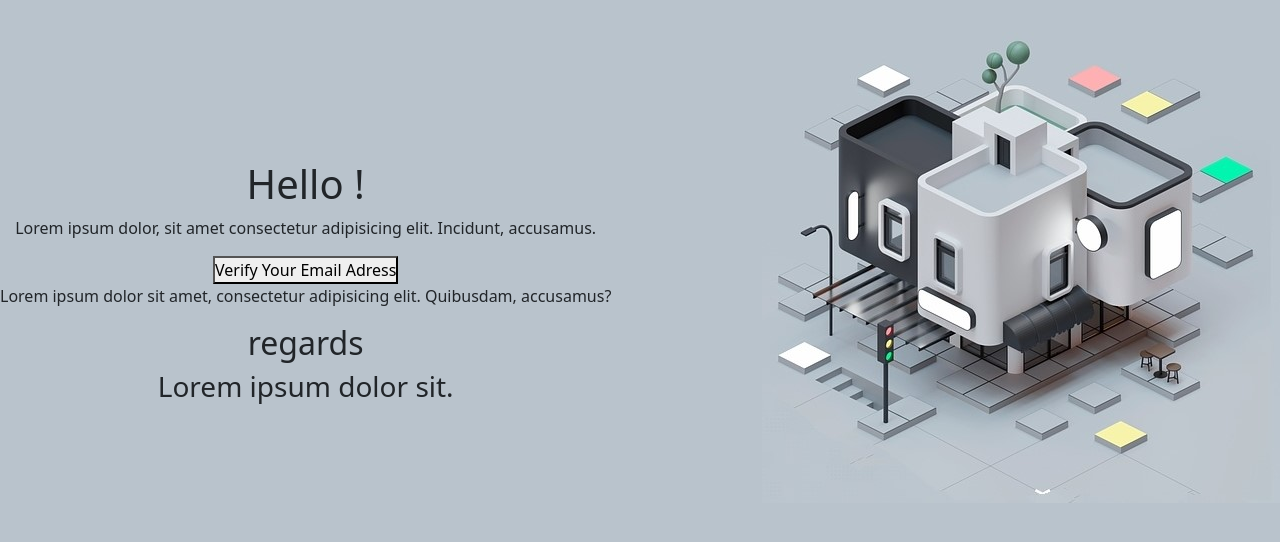
Repository: Aayush919/taskui
Page: index.html
An editor plug-in stored every save of this project. The page is shown before and after the next save, followed by the edit.
The browser window is 1280 px wide. The pictures show the whole page.

Above is the page before, as saved 2024-01-12 12:40:41.

After the next save:
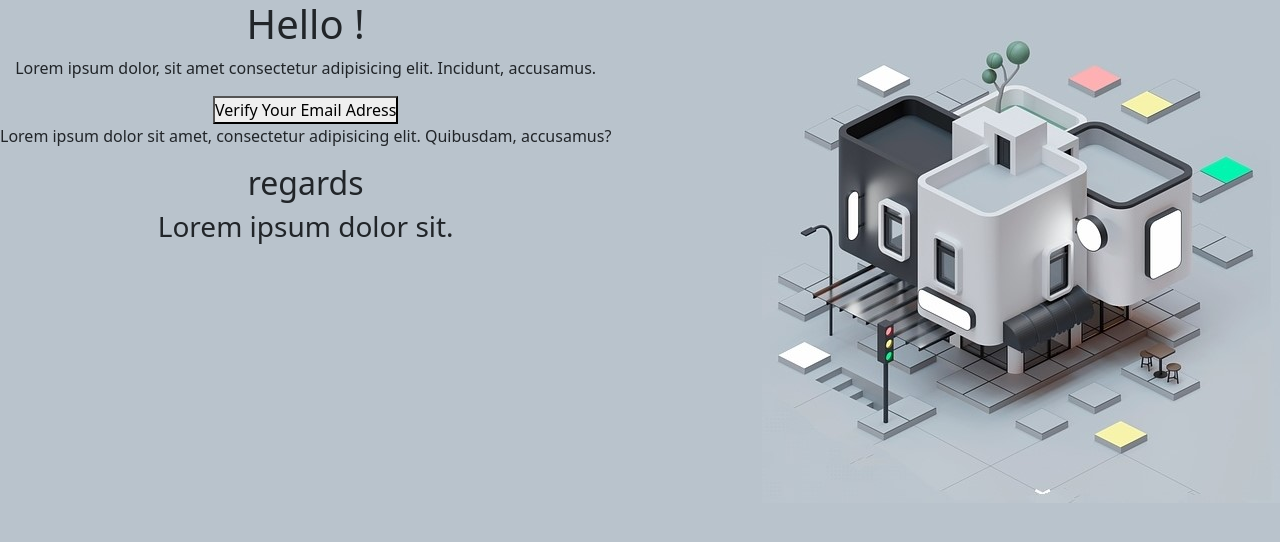
Saved 14 s later.
--- a/style.css
+++ b/style.css
@@ -34,12 +34,7 @@ html,body{
 }
 
 
-.right{
-    display:flex;
-    align-items:center;
-    justify-content:center;
 
-}
 
 .right .top{
     display:flex;
